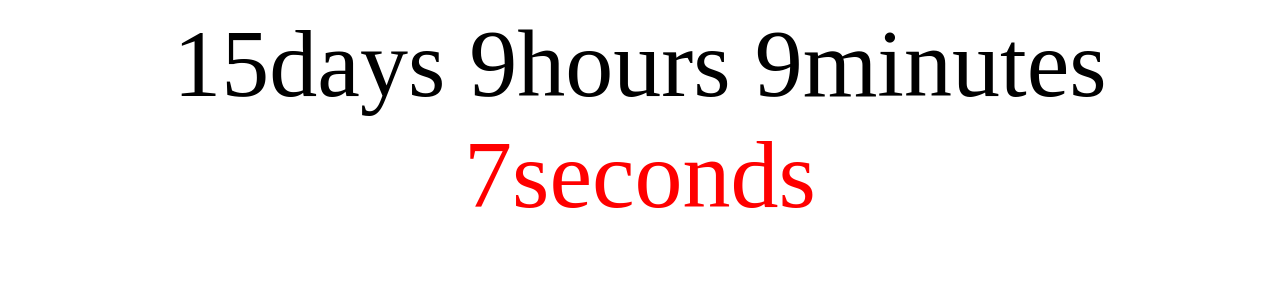
Repository: sinarinzifabrice/Events
Page: index.html
An editor plug-in stored every save of this project. The page is shown before and after the next save, followed by the edit.
The browser window is 1280 px wide. The pictures show the whole page.

Above is the page before, as saved 2024-05-16 09:47:10.

After the next save:
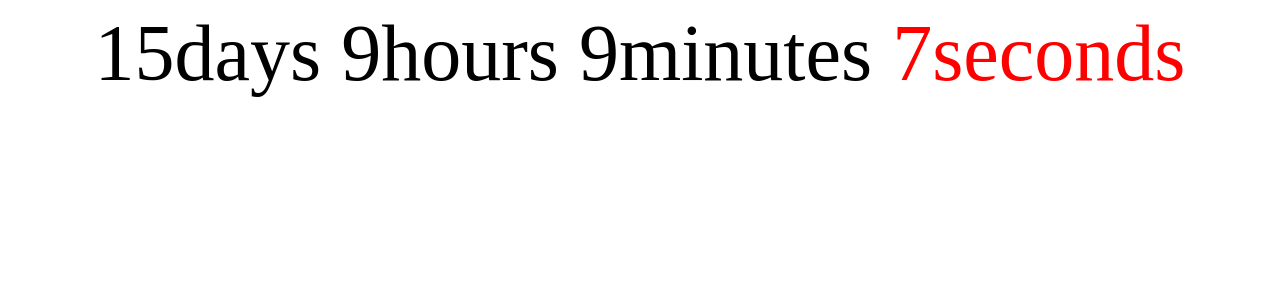
Saved 8 s later.
--- a/index.html
+++ b/index.html
@@ -6,7 +6,7 @@
   <title>Countdown Timer</title>
   <style>
     #countdown {
-      font-size: 6em;
+      font-size: 5em;
       text-align: center;
     }
     .red {
